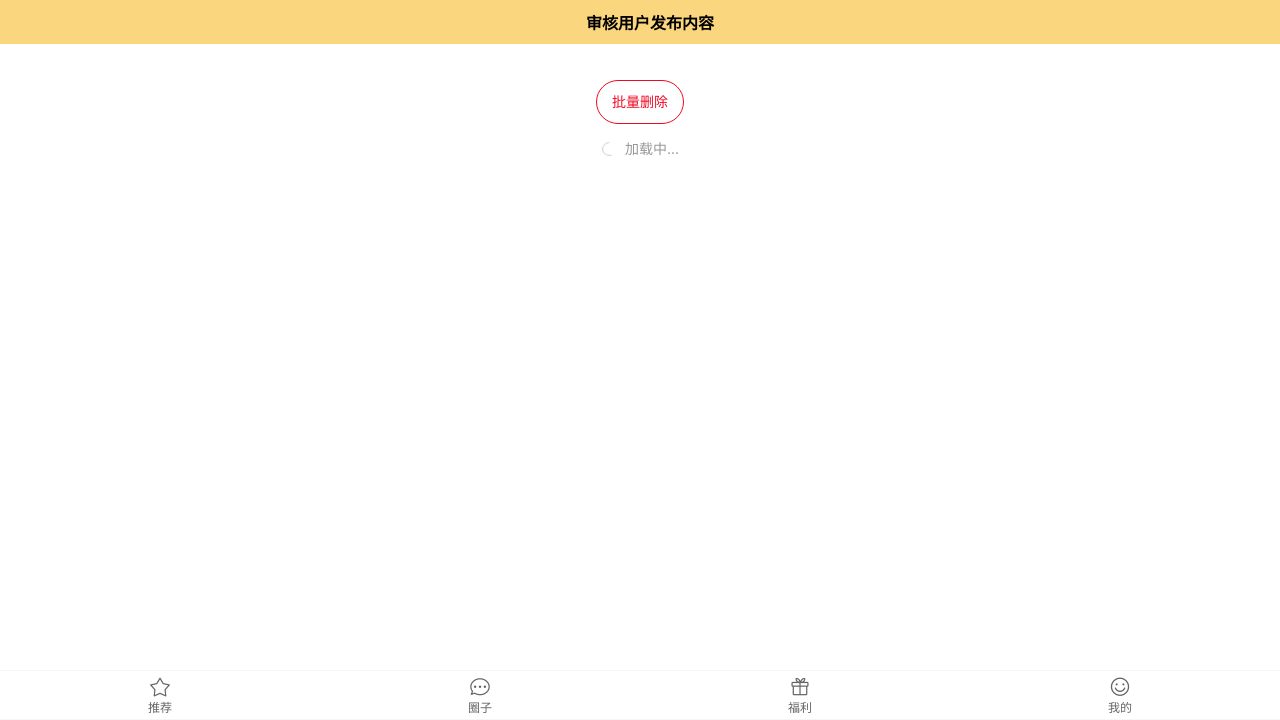
Repository: pbw-langwang/dm
Page: /#/Yhfabu (app in dm_vue/)
The author's editor kept a copy of each file at every save. The page is drawn from the files as they stood at one save, then again after the next save.
The browser window is 1280 px wide. The pictures show the whole page.
The page's requests for data from a server got no answer. The project was rebuilt for these pictures with package versions that can differ from the ones it lists, and the page was loaded fresh each time. No one was signed in, and anything a server would have sent is missing. Also part of the build but not shown: dm_vue/src/components/HelloWorld.vue, dm_vue/src/components/video.vue, dm_vue/src/components/setting.vue, dm_vue/src/components/gift.vue, dm_vue/src/components/Regist.vue, dm_vue/src/components/history.vue, dm_vue/src/components/Search.vue, dm_vue/src/components/SearchList.vue and 4 more.

Above is the page before, as saved 2021-06-22 21:05:31.

After the next save:
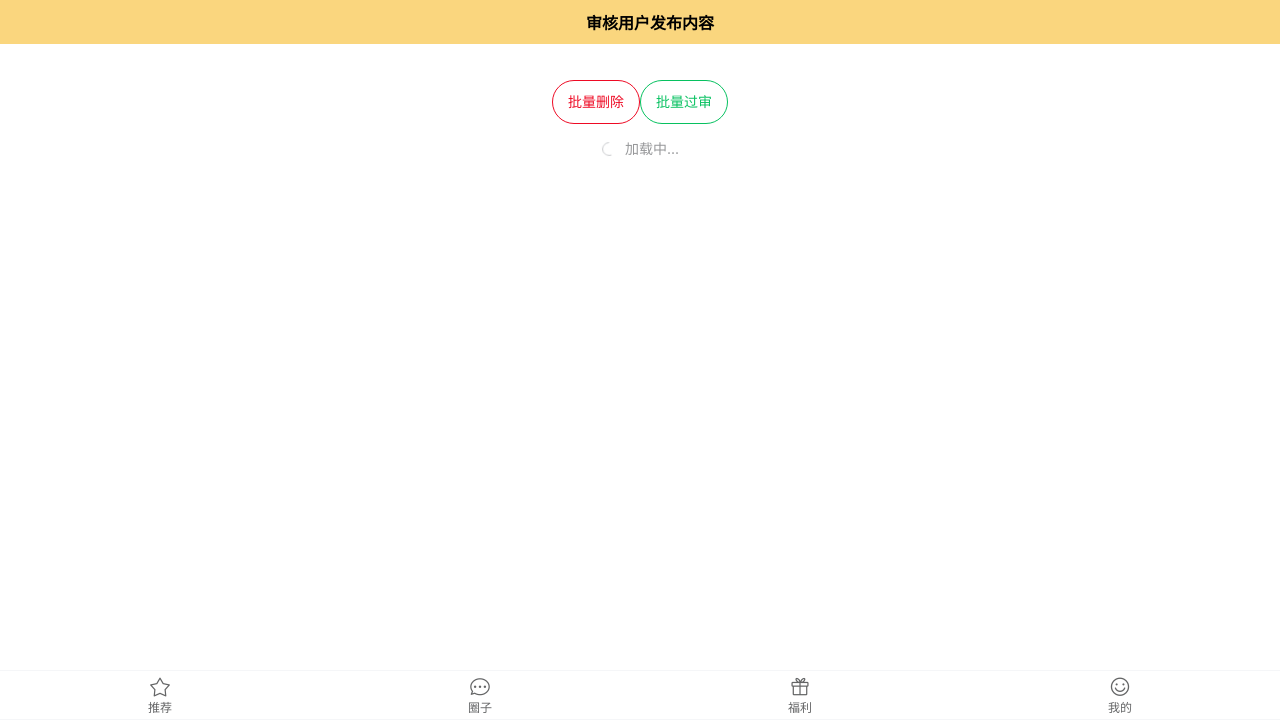
Saved 45 s later.
--- a/dm_vue/src/components/Yhfabu.vue
+++ b/dm_vue/src/components/Yhfabu.vue
@@ -6,6 +6,7 @@
 
     <div class="btn">
         <van-button type="danger" round plain @click="batchDel">批量删除</van-button>
+        <van-button type="primary" round plain @click="batchPass">批量过审</van-button>
     </div>
 
     <van-pull-refresh v-model="refreshing" @refresh="onRefresh">
